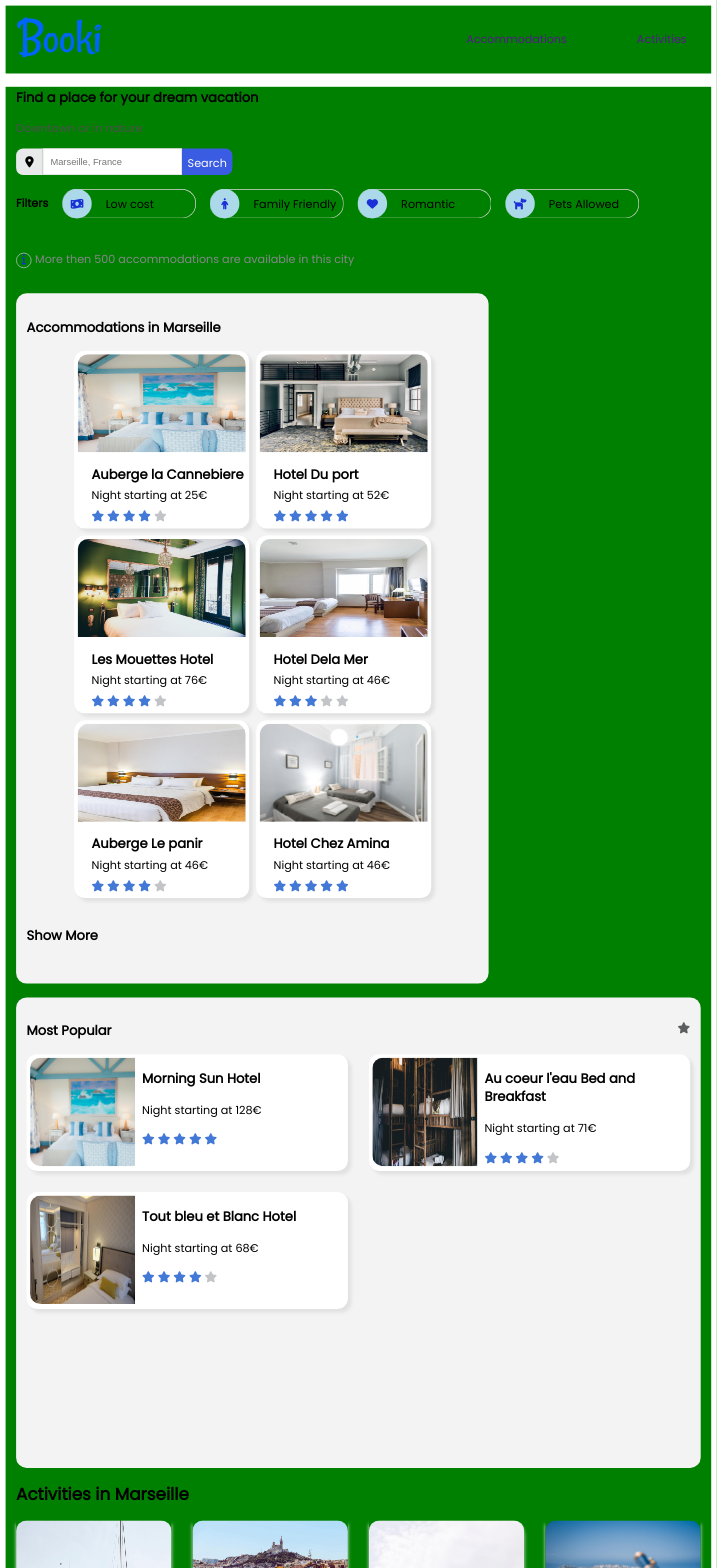
Repository: ailahin/booki
Page: index.html
An editor plug-in stored every save of this project. The page is shown before and after the next save, followed by the edit.
The browser window is 1024 px wide. The pictures show the part of the page from y = 0 to 2240 px (the page is 3028 px tall before and 2764 px after), at 70% of full size.
Some web fonts or font styles are not loaded; a fallback is used. Some web libraries are served in a nearby version.

Above is the page before, as saved 2023-07-19 04:38:04.

### index.html
<!DOCTYPE html>
<html lang="en">
<head>
    <meta charset="UTF-8">
    <meta http-equiv="X-UA-Compatible" content="IE=edge">
    <meta name="viewport" content="width=device-width, initial-scale=1.0">
    <title>Booki</title>
    <link rel="stylesheet" href="css/index.css">
    <link rel="stylesheet" href="https://fonts.googleapis.com/css?family=Poppins|Sofia|Trirong">

    <!-- Google fronts -->
    <link rel="preconnect" href="https://fonts.googleapis.com">
    <link rel="preconnect" href="https://fonts.gstatic.com" crossorigin>
    <link href="https://fonts.googleapis.com/css2?family=Poppins&display=swap" rel="stylesheet">

    <script src="https://kit.fontawesome.com/a5dfdf2455.js" crossorigin="anonymous"></script>

</head>
<body>
    <header class="body">
        <nav>
            <div class="navbar">
                <div class="booki">
                    <img src="images/logo/Booki.png" alt="">
                </div>

                <div class="nav-flex">
                    <div id="nav-accommodation-text">
                        <a href="">Accommodations</a>
                     </div>
                     <div id="nav-activities-text" class="activities">
                         <a href=""> Activities</a>
                     </div>
               </div>
            </div>
        </nav>
    </header>

   <main class="body">
    <section>
        <div>
            <h3 class="dream-vacation">Find  a place for your dream vacation</h3>
        <p class="downtown"> Downtown or in nature</p>
        </div>

        <div class="search-bar">
            <div class="search-icon"> <i class="fa-solid fa-location-dot"></i> </div>
            <div class="search-place">
                <div class="placeholder">
                <input type="search" name="marseille, France" placeholder="Marseille, France" id="marseille">
            </div>
        </div>
            <div class="search-btn">Search</div>
        </div>

        <div>
            <div class="filters-bar">


                <div class="filters">
                    <div class="filters-text">
                        <H4>Filters</H4>
                    </div>
                    <div class="cost">
                        <div class="filters-icon"> <i class="fa-solid fa-money-bill-wave" style="color: #192fd7;"></i></div>
                        <div class="icon">Low cost</div>
                    </div>

                       <div class="cost">
                        <div class="filters-icon"> <i class="fa-solid fa-person" style="color: #192fd7;"></i></div>
                        <div class="icon">Family Friendly</div>
                       </div>

                       <div class="cost">
                        <div class="filters-icon"> <i class="fa-solid fa-heart" style="color: #192fd7;"></i></div>
                        <div class="icon">Romantic</div>
                       </div>

                       <div class="cost">
                        <div class="filters-icon"> <i class="fa-solid fa-dog" style="color: #192fd7;"></i></div>
                        <div class="icon">Pets Allowed</div>
                       </div>


                </div>
            </div>

           <div>
            <div class="info">
                <div >
                    <i class="fa-solid fa-info" style="color: #192fd7;"></i>
                </div>

                <div>
                    <p> More then 500 accommodations are available in this city</p>
                </div>
            </div>
           </div>
        </div>


    </section>
    <section class="accomodations-details">

        <section class="all-accomodations" >

            <div>
                <h3>Accommodations in Marseille</h3>
            </div>

            <div class="all-accomodations-details">

                <div class="details-container">
                    <div>
                        <img src="images/hebergements/2_large/annie-spratt-Eg1qcIitAuA-unsplash.jpg" alt="">

                    </div>
                    <div class="details-text">
                        <h3>
                            Auberge la Cannebiere
                        </h3>
                        <div>
                            <p>
                                Night starting at 25€
                            </p>
                        </div>
                        <div>
                            <i class="fa-solid fa-star" style="color: #4379d6;"></i>
                            <i class="fa-solid fa-star" style="color: #4379d6;"></i>
                            <i class="fa-solid fa-star" style="color: #4379d6;"></i>
                            <i class="fa-solid fa-star" style="color: #4379d6;"></i>
                            <i class="fa-solid fa-star" style="color: #c2c4c7;"></i>
                        </div>
                    </div>
                </div>

                <div class="details-container">
                    <div><img src="images/hebergements/2_large/aw-creative-VGs8z60yT2c-unsplash.jpg" alt=""></div>
                    <div class="details-text">
                        <h3>Hotel Du port </h3>

                        <div>
                            <p>   Night starting at 52€ </p>
                        </div>
                        <div>
                            <i class="fa-solid fa-star" style="color: #4379d6;"></i>
                            <i class="fa-solid fa-star" style="color: #4379d6;"></i>
                            <i class="fa-solid fa-star" style="color: #4379d6;"></i>
                            <i class="fa-solid fa-star" style="color: #4379d6;"></i>
                            <i class="fa-solid fa-star" style="color: #4379d6;"></i>

                        </div>
                    </div>
                </div>
                <div class="details-container">
                    <div><img src="images/hebergements/2_large/emile-guillemot-Bj_rcSC5XfE-unsplash.jpg" alt=""></div>
                    <div class="details-text">
                        <h3> Les Mouettes Hotel</h3>

                        <div>
                            <p>
                                Night starting at 76€
                            </p>
                            <div>
                                <i class="fa-solid fa-star" style="color: #4379d6;"></i>
                                <i class="fa-solid fa-star" style="color: #4379d6;"></i>
                                <i class="fa-solid fa-star" style="color: #4379d6;"></i>
                                <i class="fa-solid fa-star" style="color: #4379d6;"></i>
                                <i class="fa-solid fa-star" style="color: #c2c4c7;"></i>
                            </div>
                        </div>
                    </div>
                </div>
                <div class="details-container">
                    <div><img src="images/hebergements/2_large/febrian-zakaria-M6S1WvfW68A-unsplash.jpg" alt=""></div>

                    <div class="details-text">
                        <h3>
                                Hotel Dela Mer
                        </h3>
                        <div>
                            <p> Night starting at 46€</p>
                        </div>
                        <div>
                            <i class="fa-solid fa-star" style="color: #4379d6;"></i>
                            <i class="fa-solid fa-star" style="color: #4379d6;"></i>
                            <i class="fa-solid fa-star" style="color: #4379d6;"></i>

                            <i class="fa-solid fa-star" style="color: #c2c4c7;"></i>
                            <i class="fa-solid fa-star" style="color: #c2c4c7;"></i>
                        </div>
                    </div>
                </div>
                <div class="details-container">
                    <div><img src="images/hebergements/2_large/febrian-zakaria-sjvU0THccQA-unsplash.jpg" alt=""></div>

                    <div class="details-text">
                        <h3>Auberge Le panir</h3>
                    </div>
                    <div class="details-text">
                        <p > Night starting at 46€ </p>
                    </div>
                    <div class="details-text">
                        <i class="fa-solid fa-star" style="color: #4379d6;"></i>
                        <i class="fa-solid fa-star" style="color: #4379d6;"></i>
                        <i class="fa-solid fa-star" style="color: #4379d6;"></i>
                        <i class="fa-solid fa-star" style="color: #4379d6;"></i>

                        <i class="fa-solid fa-star" style="color: #c2c4c7;"></i>

                    </div>


                </div>
                <div class="details-container">
                    <div><img src="images/hebergements/2_large/fred-kleber-gTbaxaVLvsg-unsplash.jpg" alt=""></div>

                    <div class="details-text">
                        <h3>Hotel Chez Amina</h3>
                        <div>
                            <p>Night starting at 46€</p>
                        </div>
                        <div>
                            <i class="fa-solid fa-star" style="color: #4379d6;"></i>
                            <i class="fa-solid fa-star" style="color: #4379d6;"></i>
                            <i class="fa-solid fa-star" style="color: #4379d6;"></i>
                            <i class="fa-solid fa-star" style="color: #4379d6;"></i>
                            <i class="fa-solid fa-star" style="color: #4379d6;"></i>

                        </div>
                    </div>


                </div>


            </div>

            <div class="show-more">
                <h3>Show More</h3>
            </div>

        </section>

        <section class="most-popular">

            <div class="most-popular-icon">
                <h3>
                    Most Popular
                </h3>
                <p>
                    <i class="fa-solid fa-star" style="color: #5d5e60" > </i>
                </p>


            </div>

            <div class="most-popular-details">
                <div class="popular-details-container">
                    <div>
                        <img src="images/hebergements/2_large/annie-spratt-Eg1qcIitAuA-unsplash.jpg" alt="">
                    </div>
                    <div class="popular-details-text">
                        <h3>Morning Sun Hotel</h3>
                        <p>Night starting at 128€</p>
                        <div>
                            <div>
                                <i class="fa-solid fa-star" style="color: #4379d6;"></i>
                                <i class="fa-solid fa-star" style="color: #4379d6;"></i>
                                <i class="fa-solid fa-star" style="color: #4379d6;"></i>
                                <i class="fa-solid fa-star" style="color: #4379d6;"></i>
                                <i class="fa-solid fa-star" style="color: #4379d6;"></i>

                            </div>
                        </div>
                    </div>
                </div>
                <div class="popular-details-container" >
                    <div>
                        <img src="images/hebergements/2_large/nicate-lee-kT-ZyaiwBe0-unsplash.jpg" alt="">
                    </div>
                    <div class="popular-details-text">
                        <h3>Au coeur l'eau Bed and Breakfast</h3>
                        <p>Night starting at 71€</p>
                        <div>
                            <i class="fa-solid fa-star" style="color: #4379d6;"></i>
                            <i class="fa-solid fa-star" style="color: #4379d6;"></i>
                            <i class="fa-solid fa-star" style="color: #4379d6;"></i>
                            <i class="fa-solid fa-star" style="color: #4379d6;"></i>
                            <i class="fa-solid fa-star" style="color: #c2c4c7;"></i>

                        </div>
                    </div>
                </div>
                <div class="popular-details-container">
                    <div>
                        <img src="images/hebergements/2_large/reisetopia-B8WIgxA_PFU-unsplash.jpg" alt="">
                    </div>
                    <div class="popular-details-text">
                        <h3>Tout bleu et Blanc Hotel</h3>
                        <p>Night starting at 68€</p>
                        <div>
                            <i class="fa-solid fa-star" style="color: #4379d6;"></i>
                            <i class="fa-solid fa-star" style="color: #4379d6;"></i>
                            <i class="fa-solid fa-star" style="color: #4379d6;"></i>
                            <i class="fa-solid fa-star" style="color: #4379d6;"></i>
                            <i class="fa-solid fa-star" style="color: #c2c4c7;"></i>

                        </div>
                    </div>
                </div>

            </div>



        </section>

    </section>

    <section>
        <div>
            <h1> Activities in Marseille</h1>
        </div>
        <div>
            <div class="activites-images">
                <div class="activites-container" id="one">
                  <div>
                    <img src="images/activites/2_large/reno-laithienne-QUgJhdY5Fyk-unsplash.jpg " alt="">
                  </div>

                  <div class="text-container">
                    <h3>Old Port</h3>
                </div>
                </div>
                <div class="activites-container" id="two">
                    <div>
                        <img src="images/activites/2_large/florian-wehde-xW9e8gdotxI-unsplash.jpg" alt="">
                    </div>
                    <div class="text-container">
                        <h3>Notre-Dame-de-la-Grade</h3>
                    </div>
                </div>
                <div  class="activites-container" id="three">
                    <div>
                        <img src="images/activites/2_large/lena-paulin-wH2-EJoDcV0-unsplash.jpg" alt="">
                    </div>
                    <div class="text-container">
                        <h3>Longchamp Park </h3>
                    </div>
                 </div>
                <div class="activites-container" id="four">
                    <div>
                        <img src="images/activites/2_large/paul-hermann-QFTrLdQIRhI-unsplash.jpg" alt="">
                    </div>

                    <div class="text-container">
                        <h3>Pomegués Fort</h3>
                    </div>
                </div>
                <div class="activites-container" id="five">
                   <div>
                    <img src="images/activites/2_large/kevin-hikari-rV_Qd1l-VXg-unsplash.jpg " alt="">
                   </div>
                   <div class="text-container">
                    <h3> Frioul Island </h3>
                   </div>
                </div>
                <div class="activites-container" id="six">
                    <div>
                        <img src="images/activites/2_large/kilyan-sockalingum-NR8-cBCN3aI-unsplash.jpg" alt="">
                    </div>

                    <div class="text-container">
                        <h3>Calanques National Park</h3>
                    </div>
                </div>
            </div>
        </div>
    </section>
   </main>

    <footer class="footer-main">
        <section>
            <div class="footer">
                <div class="about">
                    <h3> About</h3>
                    <p> Site Map</p>
                    <p>General Terms and Conditions  </p>
                    <p>Data and Privacy </p>


                </div>
                <div class="accommodations">
                    <h3> Our Accommodations</h3>
                    <p>Quality Assistant</p>
                    <p>You have a hotel ?</p>

                </div>

                <div class="assistance">
                        <h3>
                            Assistance
                        </h3>

                        <p>Help Desk</p>
                        <p>Contact Us</p>
                </div>
            </div>
        </section>

    </footer>

</body>
</html>

### css/index.css
.body{
    font-family: "poppins", sans-serif;
    padding-left: 15px;
    padding-right: 15px;
}
.navbar{
    display: flex;
    flex-direction: row;
    justify-content:space-between;
    align-items: center;
}

.nav-flex{
    display:flex;
    padding-left: 20px;
    padding-right: 20px;
    justify-content:space-around;
}
.nav-flex a{
    text-decoration: none;
}
.nav-flex a:hover{
    border-top: 2px solid blue;
    color: blue;
    padding-top: 30px;


}
.dream-vacation{

}
.downtown{
    color: rgb(80, 79, 79);

}
.activities{
    margin-left: 100px;
}

.search-bar{
    display:flex;
    align-items: center;


}
.search-icon{
    display: flex;
    background-color: rgb(232, 233, 234);
    height:38px;
    width: 38px;
    align-items: center;
    justify-content: center;
    border-radius: 10px 0 0 10px;

}
.placeholder input{
   height: 38px;
   border-left: 0px;
   border-right: 0px;
   border: 1px solid rgb(220, 218, 218);
   padding: 10px;
}
.placeholder{


}

 .search-place{


 }



.search-btn{
    background-color: rgb(58, 92, 227);
    color:white;
    height: 22px;
    padding:8px;
    border-radius: 0  10px 10px 0;
}
.filters-bar{
    margin-top: 20px;

}

.cost{
    display: flex;
    border: 1px solid;
    border-left: 0px;
   border-color: rgb(220, 215, 215);
   height: 40px;
   width: 190px;
   align-items: center;
   gap: 20px;
   border-radius: 20px;
}
.filters-icon{
    display: flex;
    background-color: rgb(171, 217, 233);
    height:42px ;
    width: 42px;
    align-items: center;
    border-radius: 100%;
    justify-content: center;
}
.filters{
    display: flex;
    gap: 20px;
}
.filters-text{
   display: flex;
   height: 38px;
   align-items: center;
}

.fa-info{
    display: flex;
    border: 1px rgb(193, 200, 207) solid;
    border-radius: 100%;
    width: 20px;
    height: 20px;
    align-items: center;
    justify-content: center;
}
.info{
    display: flex;
    align-items: center;
    text-align: center;
    gap:5px;
    margin-top: 30px;
}
.info p{
    color: rgb(133, 135, 137);
}

.accomodations-details{
    display: flex;

}
.all-accomodations{
    width: 66%;
    background-color:rgb(243, 243, 243);
    padding: 15px;
    margin-top: 20px;
    margin-right: 20px;
    border-radius: 15px;
}

.show-more{
    padding-top: 20px;
    padding-bottom: 20px;
}
.most-popular{
    width: 34%;
    background-color:rgb(243, 243, 243);
    padding:15px;
    margin-top: 20px;
    border-radius: 15px;
    padding-bottom: 30px;

}
.most-popular-icon{
    display: flex;
    justify-content: space-between;

}
.all-accomodations-details img{
    width: 240px;
    height: 140px;
    border-top-left-radius: 15px;
    border-top-right-radius: 15px;

}
.all-accomodations-details{
   display: grid;
   grid-template-columns: repeat(3, 1fr);
   gap: 10px;

}

.details-container{
    background-color:white;
    padding: 5px;
    border-radius: 15px;
    box-shadow: 5px 5px 5px 0px rgb(226, 225, 225);


}

.details-text {
margin-left: 20px;
line-height: .3cm;
margin-bottom: 5px;


}
.most-popular-details{
    display: grid;
    grid-template-rows: repeat(3, 1fr);
    gap:30px;


}
.popular-details-container img{
    width:150px;
    height: 155px;
    border-top-left-radius: 15px;
    border-bottom-left-radius: 15px;
    margin-top: 2px;
    margin-left: 2px;

}
.popular-details-container{
    display: flex;
    background-color:white;
    padding-top: 3px;
    padding-left: 3px;
    border-radius: 15px;
    box-shadow: 5px 5px 5px 0px rgb(226, 225, 225);
}
.popular-details-text{
    margin-left: 10px;
    line-height: .7cm;

}

.activites-images img{
    width: 100%;
    border-top-left-radius: 15px;
    border-top-right-radius: 15px;



  }

  .activites-images {
    display: grid;
    grid-template-columns: repeat(4, 1fr);
    gap: 30px;
    margin-bottom: 80px;

  }

  .activites-container{
    box-shadow: 0px 5px 5px 0px rgb(239, 238, 238);
    border-bottom-left-radius: 15px;
    border-bottom-right-radius: 15px;
  }


#one{
    grid-row: 1/3;
    grid-row: 1 / 3;

}

#one img{

    height: 472px;

}

.text-container{

    margin-left: 20px;

}

#two{

}
#three{
    grid-column: 2/3;
    grid-row:2/3 ;
}
#three img{
   height: 183px;

}
#four {
    grid-row: 1/3;
    border-top-right-radius: 15px;
}

#four img {

    height: 475px;
}

#five{
    grid-column: 4/5;
    grid-row:1/2 ;
}
#six{
    grid-column: 4/5;
    grid-row:2/3 ;
}

.footer{
    display: flex;
    justify-content: space-between;
    background-color:rgb(243, 243, 243);
    font-family: "poppins", sans-serif;
    margin-right: 200px;
}
.footer p{
    color: rgb(146, 145, 145);
}
.footer-main{
    background-color:rgb(243, 243, 243);
    padding: 15px;

}



 @media only screen and (max-width: 400px){
    .nav-flex{

    }
    .nav-flex a:hover{
        border-bottom: 2px solid blue;
        color: blue;
        padding-top: 1px;
        border-top: 2px white solid;
    }


    }








/* Extra small devices (phones, 600px and down) */
@media only screen and (max-width: 768px) {
    .navbar{
       display: flex;
       flex-wrap: wrap;
       justify-content: center;
       align-items: center;
       margin-bottom: 30px;


    };

    .nav-flex{

    }

    .filters {
        width: 100%;
        display:flex;
        flex-direction: column;
        flex-wrap:wrap;

    }
    .accomodations-details{
        display: flex;
        flex-direction:column-reverse;
        flex-wrap: wrap;
    }
    .all-accomodations{
        width: 100%;
        align-items: center;
        justify-content: center;

    }
    .all-accomodations-details{
        display: flex;
        flex-direction: row;
        flex-wrap: wrap;
        align-items: center;
        justify-content: center;

    }

    .most-popular{
        width: 100%;

    }


    .most-popular-details img{
        width:150px;
        height: 155px;
        border-top-left-radius: 15px;
        border-bottom-left-radius: 15px;
        margin-top: 2px;
        margin-left: 2px;

    }


.footer{
    display: flex;
    flex-direction: column;
}

.activites-images {
   display: flex;
   flex-direction: column-reverse;


}

  }



  /* Small devices (portrait tablets and large phones, 600px and up) */
  @media only screen and (min-width: 768px) and ( max-width: 1200px) {
    .body {background: green;}

    .accomodations-details{
        display: flex;
        flex-wrap: wrap;


    }
    .all-accomodations{
        display: flex;
    flex-wrap: wrap;
    align-content: center;
    justify-content: space-between;
    flex-direction: column;
}


    }
    .all-accomodations-details{
        display: flex;
        flex-wrap: wrap;
        align-items: center;
        justify-content: center;
        margin-right: 0px;

     }

    .most-popular{
        width: 100%;

    }
    .most-popular-details {
        display: grid;
        grid-template-columns: repeat(2, 1fr);
        gap: 30px;
    }


    .most-popular-details img{
        width:150px;
        height: 155px;
        border-top-left-radius: 15px;
        border-bottom-left-radius: 15px;
        margin-top: 2px;
        margin-left: 2px;

    }





  }

  /* Medium devices (landscape tablets, 768px and up) */
  @media only screen and (max-width: 800px) and ( min-width: 1000px) {

    .all-accomodations-details{
        display: grid;
        grid-template-columns: repeat(3, 1fr);
        gap: 5px;
     }



}

  /* Large devices (laptops/desktops, 992px and up) */
  @media only screen and (min-width: 992px) {


  }

  /* Extra large devices (large laptops and desktops, 1200px and up) */
  @media only screen and (min-width: 1200px) {


  }

After the next save:
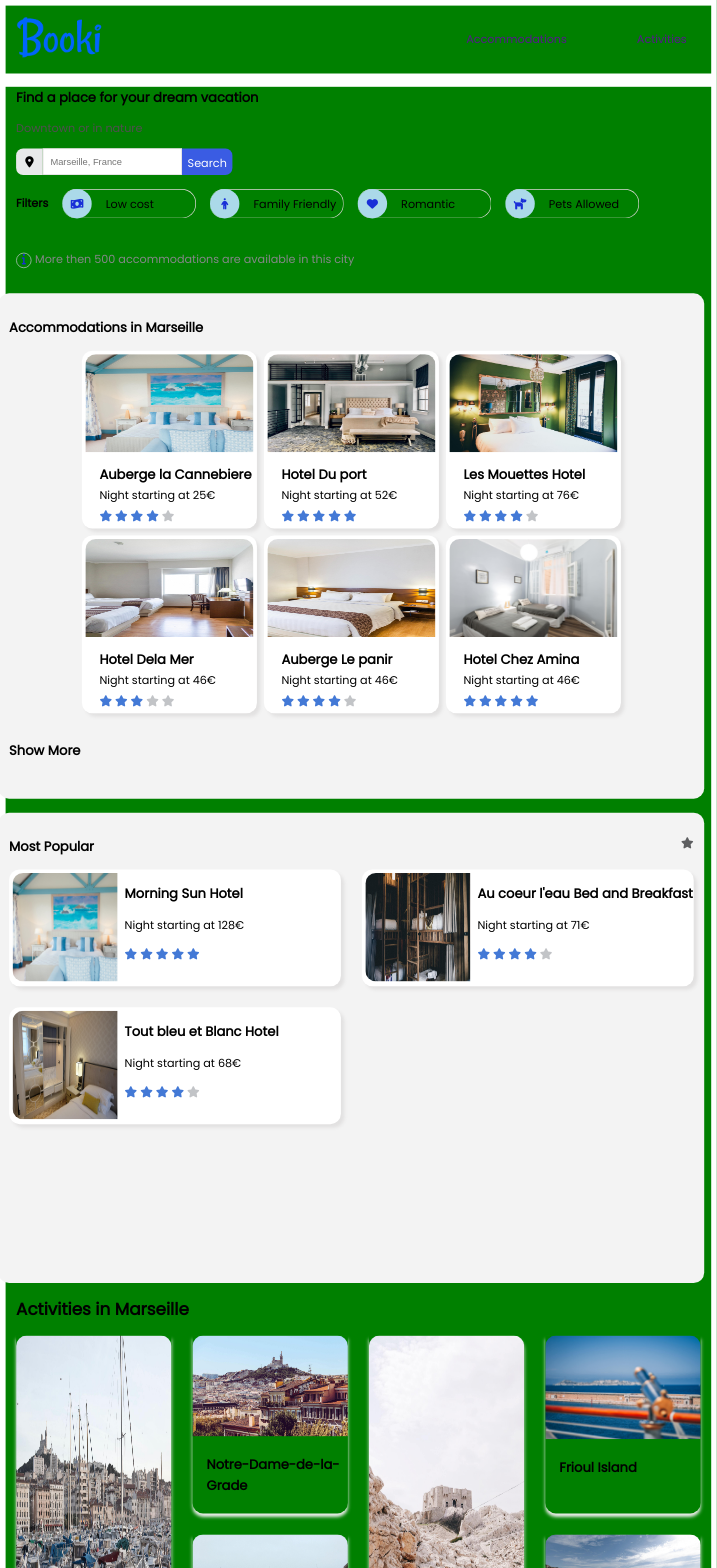
Saved 39 s later.
--- a/css/index.css
+++ b/css/index.css
@@ -419,16 +419,16 @@ margin-bottom: 5px;
     .accomodations-details{
         display: flex;
         flex-wrap: wrap;
+        align-content: center;
+        justify-content: space-between;
+        flex-direction: column;
 
 
     }
     .all-accomodations{
-        display: flex;
-    flex-wrap: wrap;
-    align-content: center;
-    justify-content: space-between;
-    flex-direction: column;
-}
+        width: 100%;
+        align-items: center;
+        justify-content: center;
 
 
     }
